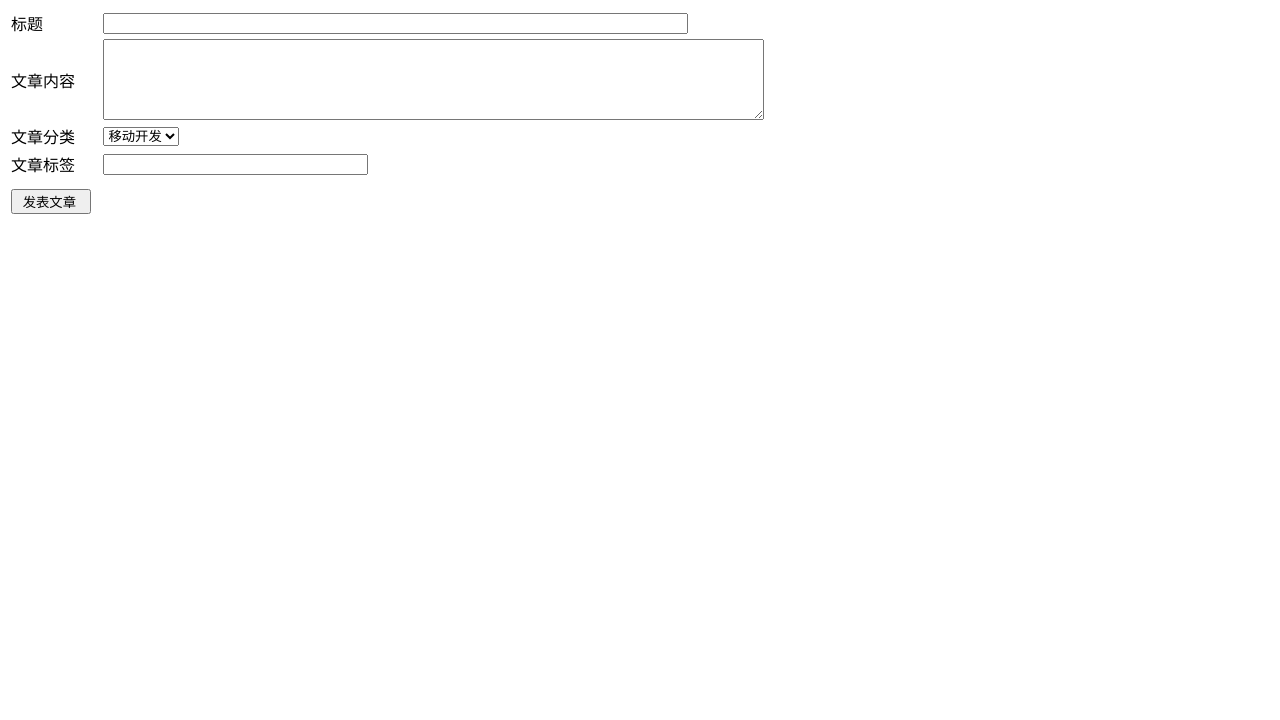
Repository: tangqingyun/java
Page: http://localhost/tamny_blog/postedit.jsp
An editor plug-in stored every save of this project. The page is shown before and after the next save, followed by the edit.
The browser window is 1280 px wide. The pictures show the whole page.
The page is served by Tomcat 9. Nobody is signed in. The application's start-up code is not run. Other server files are loaded and not shown.

Above is the page before, as saved 2015-01-21 09:53:01.

### tamny_blog/WebContent/postedit.jsp
<%@ page language="java" import="java.util.*" pageEncoding="UTF-8"%>

<!DOCTYPE html PUBLIC "-//W3C//DTD HTML 4.01 Transitional//EN" "http://www.w3.org/TR/html4/loose.dtd">
<html>
<head>
<meta http-equiv="Content-Type" content="text/html; charset=UTF-8">
<title>Insert title here</title>
</head>
<body>

 <form action="${pageContext.request.contextPath}/blogs/pubblog"
		method="post">
		<table id="table_01">
			<tr>
				<td>标题</td>
				<td><input type="text" name="user.username" size="70" /></td>
			</tr>
			<tr>
				<td>文章内容</td>
				<td><textarea name="user.nickname" cols="80" rows="5"></textarea></td>
			</tr>
			<tr>
				<td>文章分类</td>
				<td><select name="user.sex">
						<option value="1">移动开发</option>
						<option value="2">Web前端</option>
						<option value="3">架构设计</option>
						<option value="4">编程语言</option>
						<option value="5">互联网</option>
						<option value="6">数据库</option>
						<option value="7">系统运维</option>
						<option value="8">云计算</option>
						<option value="9">研发管理</option>
						<option value="10">综合</option>
				</select></td>
			</tr>

			<tr>
				<td>文章标签</td>
				<td><input type="text" name="user.nickname" size="30" /></td>
			</tr>

			<tr>
				<td style="padding-top: 10px;"><input type="submit"
					name="submit" value=" 发表文章  " />&nbsp;&nbsp;</td>
			</tr>
		</table>
	</form>

</body>
</html>

After the next save:
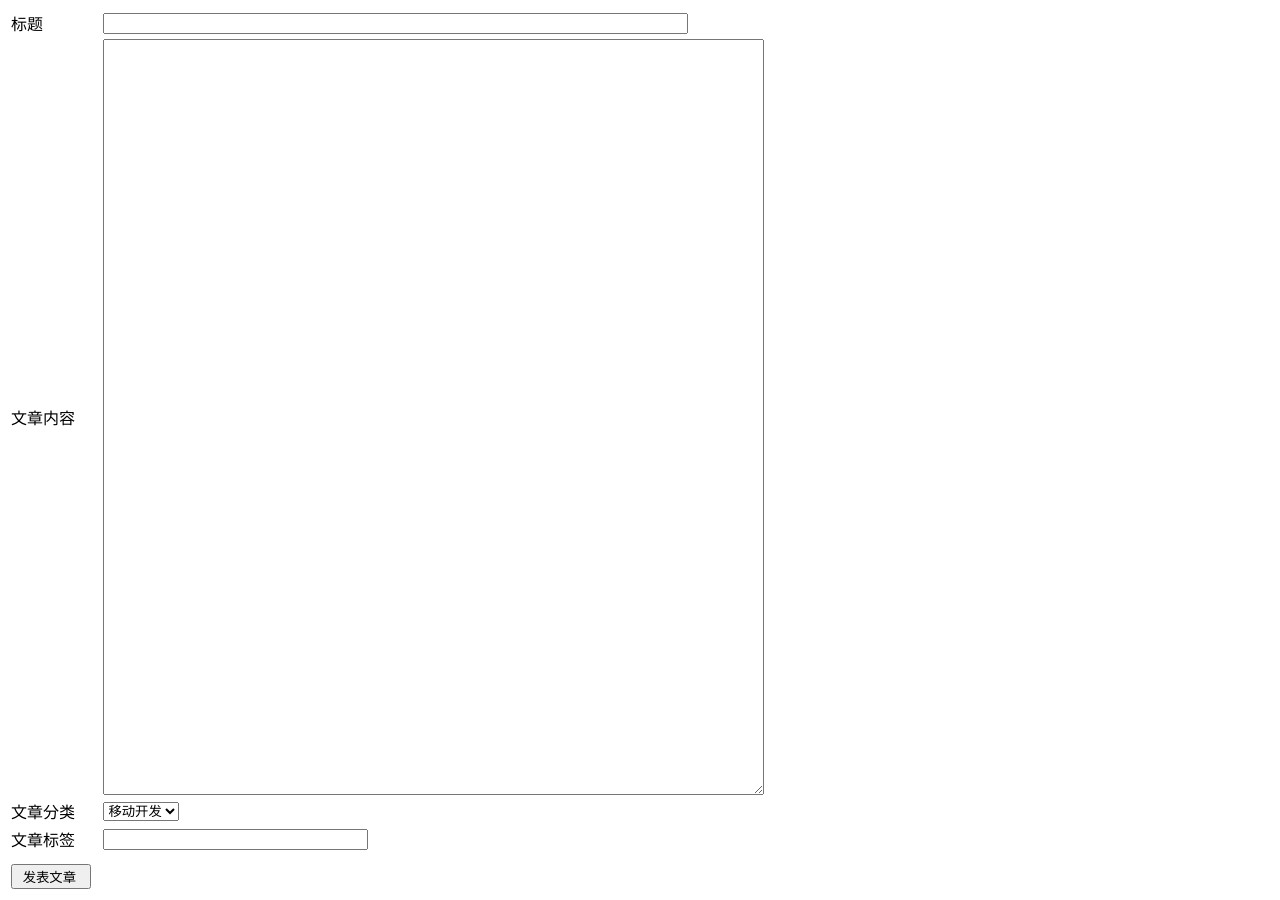
Saved 6 s later.
--- a/tamny_blog/WebContent/postedit.jsp
+++ b/tamny_blog/WebContent/postedit.jsp
@@ -17,7 +17,7 @@
 			</tr>
 			<tr>
 				<td>文章内容</td>
-				<td><textarea name="user.nickname" cols="80" rows="5"></textarea></td>
+				<td><textarea name="user.nickname" cols="80" rows="50"></textarea></td>
 			</tr>
 			<tr>
 				<td>文章分类</td>
